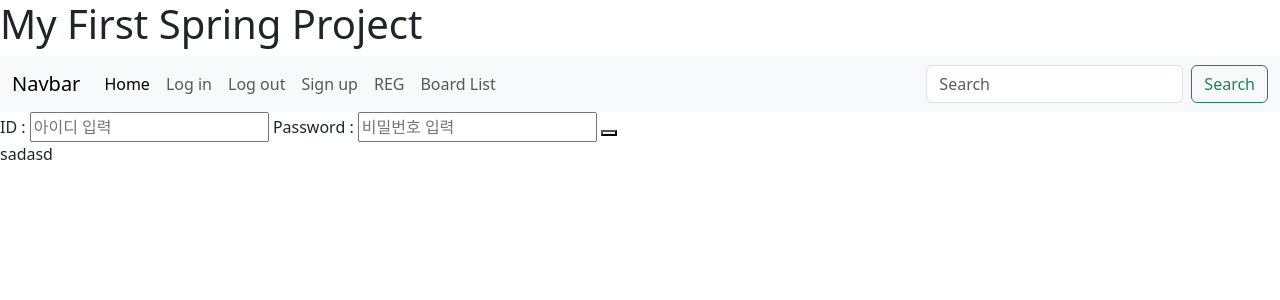
Repository: dfhdfhdfsza/springtest
Page: http://localhost/spring-Test/WEB-INF/views/member/login.jsp
The author's editor kept a copy of each file at every save. The page is drawn from the files as they stood at one save, then again after the next save.
The browser window is 1280 px wide. The pictures show the whole page.
The page is served by Tomcat 9. Nobody is signed in. The template is opened directly, without the code that normally fills it, so the values that code supplies are empty.

Above is the page before, as saved 2023-10-06 09:15:55.

After the next save:
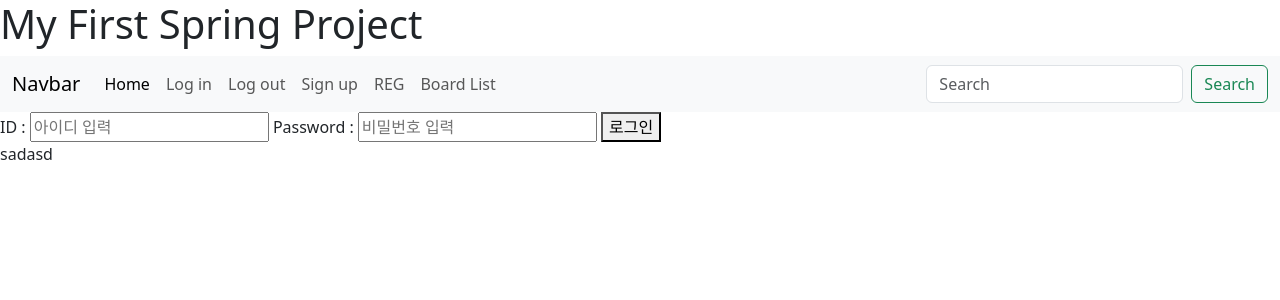
Saved 10 s later.
--- a/spring-Test/src/main/webapp/WEB-INF/views/member/login.jsp
+++ b/spring-Test/src/main/webapp/WEB-INF/views/member/login.jsp
@@ -12,7 +12,7 @@
 	<form action="/member/login">
 		ID : <input type="text" name="id" placeholder="아이디 입력">
 		Password : <input type="password" name="pw" placeholder="비밀번호 입력">
-		<button type="submit"></button>
+		<button type="submit">로그인</button>
 	</form>
 	<jsp:include page="../layout/footer.jsp"></jsp:include>
 </body>
